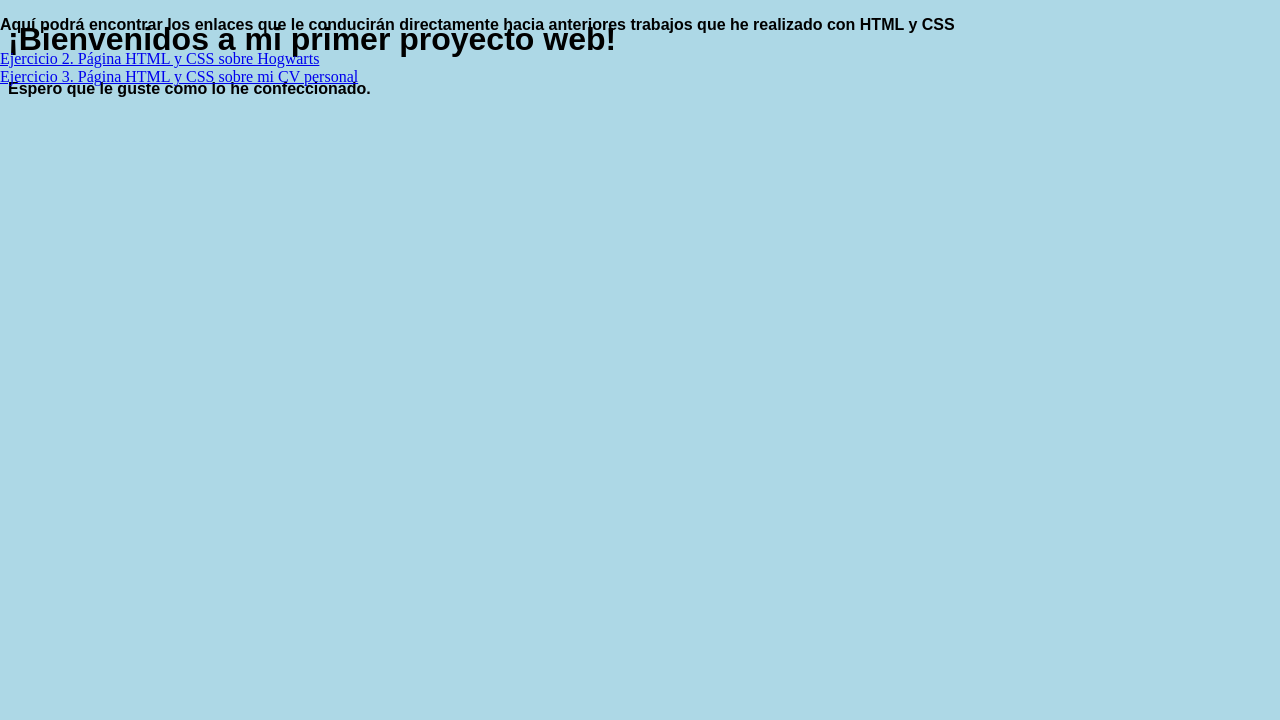
Repository: Pablosky971/Ejercicio-4.-Proyecto-Web
Page: http://localhost/Ejercicio4/
These files come from the project's save history. The page is drawn as it stood at one moment and after a run of saves; the edit follows.
The browser window is 1280 px wide. The pictures show the whole page.
The page is served by Tomcat 9.

Above is the page before, as saved 2022-03-09 12:44:08.

### Ejercicio4/src/main/webapp/index.html
<!DOCTYPE html>
<html>
<head>
<meta charset="UTF-8">
<title>Presentación</title>
<link rel="stylesheet" href="css/index.css">
</head>
<body>
	<header>
		<h1 class="titulo"> ¡Bienvenidos a mi primer proyecto web! </h1>
		<h3 class="subtitulo"> Espero que le guste como lo he confeccionado.</h3>

	</header>

	<main>

	<nav>
		<h3 class="navegacion"> Aquí podrá encontrar los enlaces que le conducirán directamente hacia anteriores trabajos que he realizado con HTML y CSS</h3>
		<a href="ejercicio2"> Ejercicio 2. Página HTML y CSS sobre Hogwarts</a>
		<a href="ejercicio3"> Ejercicio 3. Página HTML y CSS sobre mi CV personal</a>
	</nav>
	</main>

</body>
</html>

### Ejercicio4/src/main/webapp/css/index.css
body {
	background-color: lightblue;

}
h1.titulo {
	font-family: sans-serif;
	font-size: xx-large;

}

h3.subtitulo {
	font-family: sans-serif;
	font-size: medium;
}

h3.navegacion {
	font-family: sans-serif;
	font-size: medium;
}

nav {
	position: absolute;
	top: 0%;
	left: 0%;
	width: ;
	height: ;
	display: block;
}

a {
	display: block;
}

a:hover {
	color: green;

}

After the next 2 saves:
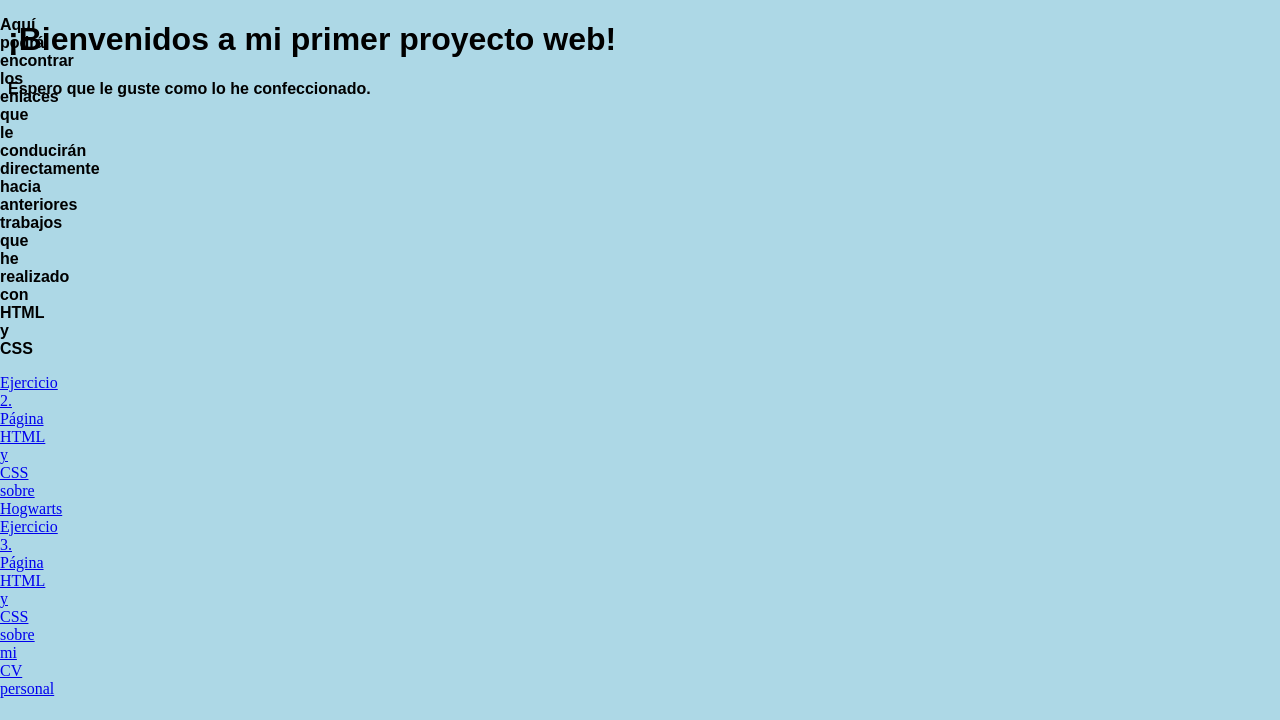
The 2 saves are shown as one change because they came seconds apart.
The last was saved 6 s later.
--- a/Ejercicio4/src/main/webapp/css/index.css
+++ b/Ejercicio4/src/main/webapp/css/index.css
@@ -22,8 +22,8 @@ nav {
 	position: absolute;
 	top: 0%;
 	left: 0%;
-	width: ;
-	height: ;
+	width: 0%;
+	height: 0%;
 	display: block;
 }
 
